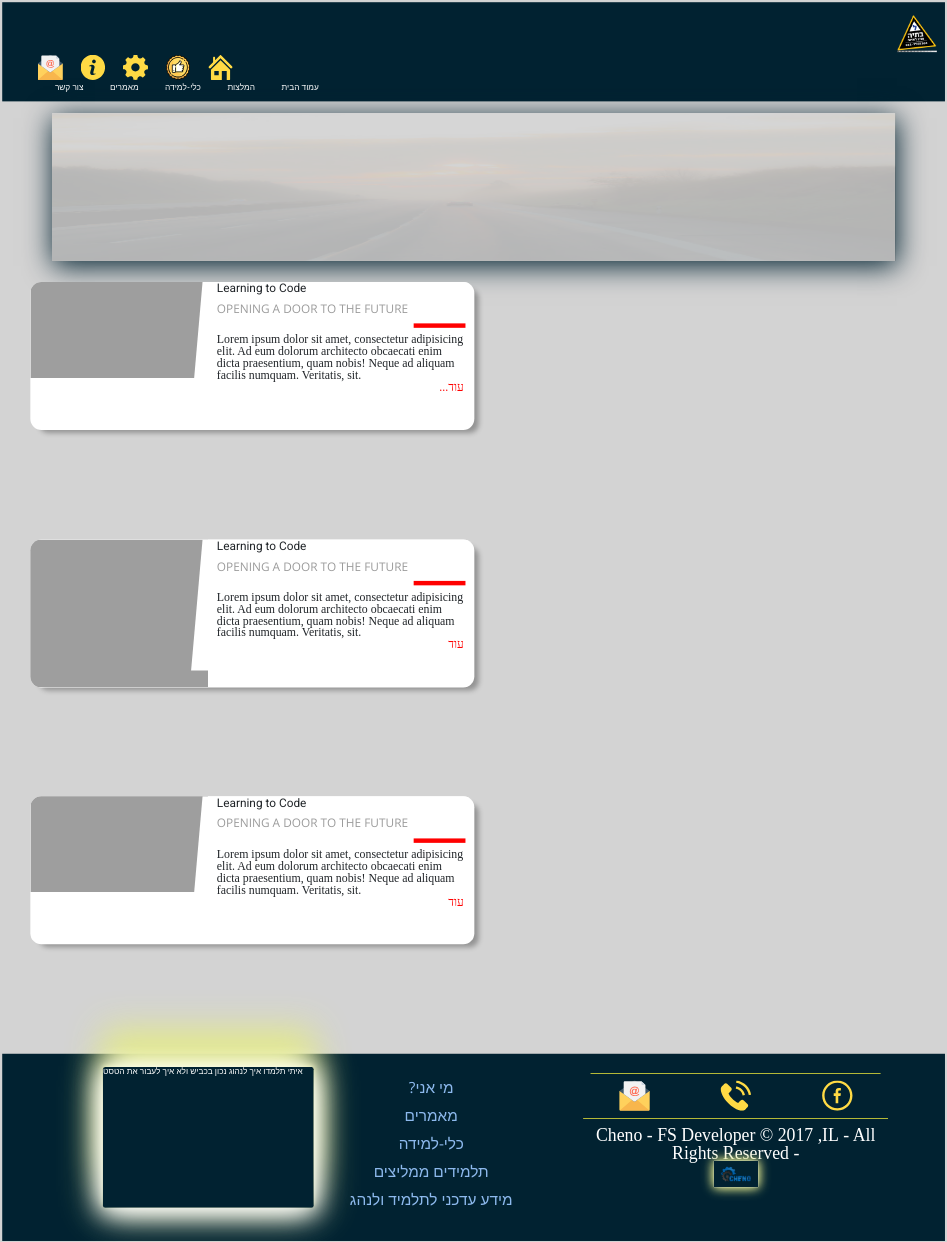
Repository: ChenGinsberg/BatyaLamed-site
Page: index.html
These files come from the project's save history. The page is drawn as it stood at one moment and after the next save; the edit follows.
The browser window is 1280 px wide. The pictures show the whole page, at 74% of full size.
Pictures or frames that could not be fetched are drawn as grey boxes. Some web libraries are served in a nearby version.

Above is the page before, as saved 2017-11-13 23:41:41.

### index.html
<!DOCTYPE html>
<html lang="en">

<head>
    <meta charset="UTF-8">
    <meta name="viewport" content="width=device-width, initial-scale=1.0">
    <meta http-equiv="X-UA-Compatible" content="ie=edge">
    <title>Batya</title>

    <script type="text/javascript" src="http://app.sliderui.com/sliders/zrkchs.js"></script>
    <script src="https://code.jquery.com/jquery-3.2.1.slim.min.js" integrity="sha384-KJ3o2DKtIkvYIK3UENzmM7KCkRr/rE9/Qpg6aAZGJwFDMVNA/GpGFF93hXpG5KkN"
        crossorigin="anonymous"></script>
    <script src="https://cdnjs.cloudflare.com/ajax/libs/popper.js/1.12.3/umd/popper.min.js" integrity="sha384-vFJXuSJphROIrBnz7yo7oB41mKfc8JzQZiCq4NCceLEaO4IHwicKwpJf9c9IpFgh"
        crossorigin="anonymous"></script>
    <script src="https://maxcdn.bootstrapcdn.com/bootstrap/4.0.0-beta.2/js/bootstrap.min.js" integrity="sha384-alpBpkh1PFOepccYVYDB4do5UnbKysX5WZXm3XxPqe5iKTfUKjNkCk9SaVuEZflJ"
        crossorigin="anonymous"></script>
    <link rel="stylesheet" href="https://maxcdn.bootstrapcdn.com/bootstrap/4.0.0-beta.2/css/bootstrap.min.css" integrity="sha384-PsH8R72JQ3SOdhVi3uxftmaW6Vc51MKb0q5P2rRUpPvrszuE4W1povHYgTpBfshb"
        crossorigin="anonymous">
    <link href="https://fonts.googleapis.com/css?family=Varela+Round&amp;subset=hebrew" rel="stylesheet">
    <link rel="stylesheet" type="text/css" href="style/reset.css">
    <link rel="stylesheet" type="text/css" href="style/style.css">
    <link rel="stylesheet" type="text/css" href="style/nav.css">
    <link rel="stylesheet" type="text/css" href="style/slider.css">
    <link rel="stylesheet" type="text/css" href="style/infoBox.css">
    <link rel="stylesheet" type="text/css" href="style/footer.css">
</head>

<body lang="rtl">
    <!-- nav-bar -->
    <nav class="navbar-blue">

        <img src="image/batyaLogo.png" class="logo-nav">
        <img src="/image/email.svg" class="nav-svg-icon">
        <img src="image/icon.svg" class="nav-svg-icon">
        <img src="image/settings-work-tool.svg" class="nav-svg-icon">
        <img src="image/recommended.svg" class="nav-svg-icon">
        <img src="image/house-outline.svg" class="nav-svg-icon">
        <br>
        <span class="nav-iconn">עמוד הבית</span>
        <span class="nav-iconn">המלצות</span>
        <span class="nav-iconn">כלי-למידה</span>
        <span class="nav-iconn">מאמרים</span>
        <span class="nav-iconn">צור קשר</span>
    </nav>
    <!-- slider - somthing borrow the nav to be fixed -->
    <div class="container">
        <img class='photo_slider' src="image/gold-2930497_1920.jpg" alt="" />
        <img class='photo_slider' src="IMG_3496bfree.jpg" alt="" />
        <img class='photo_slider' src="traffic-2906244_1920.jpg" alt="" />
    </div>
    <!-- infoBox -->
    <div class="blog-card">
        <div class="photo photo1"></div>
        <ul class="details">
            <li class="author">
                <a href="#">John Doe</a>
            </li>
            <li class="date">Aug. 24, 2015</li>
            <li class="tags">
                <ul>
                    <li>
                        <a href="#">Learn</a>
                    </li>
                    <li>
                        <a href="#">Code</a>
                    </li>
                    <li>
                        <a href="#">HTML</a>
                    </li>
                    <li>
                        <a href="#">CSS</a>
                    </li>
                </ul>
            </li>
        </ul>
        <div class="description">
            <h1>Learning to Code</h1>
            <h2>Opening a door to the future</h2>
            <p class="summary">Lorem ipsum dolor sit amet, consectetur adipisicing elit. Ad eum dolorum architecto obcaecati enim dicta praesentium,
                quam nobis! Neque ad aliquam facilis numquam. Veritatis, sit.</p>
            <a href="#">...עוד</a>
        </div>
    </div>
    <div class="blog-card">
        <div class="photo photo2"></div>
        <ul class="details">
            <li class="author">
                <a href="#">John Doe</a>
            </li>
            <li class="date">Aug. 24, 2015</li>
            <li class="tags">
                <ul>
                    <li>
                        <a href="#">Learn</a>
                    </li>
                    <li>
                        <a href="#">Code</a>
                    </li>
                    <li>
                        <a href="#">HTML</a>
                    </li>
                    <li>
                        <a href="#">CSS</a>
                    </li>
                </ul>
            </li>
        </ul>
        <div class="description">
            <h1>Learning to Code</h1>
            <h2>Opening a door to the future</h2>
            <p class="summary">Lorem ipsum dolor sit amet, consectetur adipisicing elit. Ad eum dolorum architecto obcaecati enim dicta praesentium,
                quam nobis! Neque ad aliquam facilis numquam. Veritatis, sit.</p>
            <a href="#"> עוד</a>
        </div>
    </div>
    <div class="blog-card">
        <div class="photo photo1"></div>
        <ul class="details">
            <li class="author">
                <a href="#">John Doe</a>
            </li>
            <li class="date">Aug. 24, 2015</li>
            <li class="tags">
                <ul>
                    <li>
                        <a href="#">Learn</a>
                    </li>
                    <li>
                        <a href="#">Code</a>
                    </li>
                    <li>
                        <a href="#">HTML</a>
                    </li>
                    <li>
                        <a href="#">CSS</a>
                    </li>
                </ul>
            </li>
        </ul>
        <div class="description">
            <h1>Learning to Code</h1>
            <h2>Opening a door to the future</h2>
            <p class="summary">Lorem ipsum dolor sit amet, consectetur adipisicing elit. Ad eum dolorum architecto obcaecati enim dicta praesentium,
                quam nobis! Neque ad aliquam facilis numquam. Veritatis, sit.</p>
            <a href="#">עוד</a>
        </div>
    </div>
    <!-- FOOTER -->
    <footer class="flex-rw">
        <p class="footer-quate">איתי תלמדו איך לנהוג נכון בכביש ולא איך לעבור את הטסט</p>

        <ul class="footer-list-top">

            <li>
                <a href='/shop/about-mission' class="generic-anchor footer-list-anchor" itemprop="significantLink">?מי אני</a>
            </li>
            <li>
                <a href='/promos.html' class="generic-anchor footer-list-anchor" itemprop="significantLink">מאמרים</a>
            </li>
            <li>
                <a href='/retailers/new-retailers.html' class="generic-anchor footer-list-anchor" itemprop="significantLink">כלי-למידה</a>
            </li>

            <li>
                <a href='/job-openings.html' itemprop="significantLink" class="generic-anchor footer-list-anchor">תלמידים ממליצים</a>
            </li>

            <li>
                <a href='/shop/about-show-schedule' class="generic-anchor footer-list-anchor" itemprop="significantLink">מידע עדכני לתלמיד ולנהג</a>
            </li>
        </ul>
        <ul class="footer-list-top">
            <li>
                <section class="footer-social-section flex-rw">
                    <img src="/image/email.svg" class="footer-svg">
                    <img src="/image/telephone.svg" class="footer-svg">
                    <img src="/image/social-facebook-circular-button.svg" class="footer-svg">

                </section>
                <section class="footer-bottom-section flex-rw">
                    <div class="footer-bottom-wrapper">
                        <i class="fa fa-copyright" role="copyright">

                        </i> Cheno - FS Developer © 2017
                        <address class="footer-address" role="company address"> ,IL</address>
                        <span class="footer-bottom-rights"> - All Rights Reserved - </span>
                    </div>
                    <div class="footer-bottom-wrapper">

                        <img src="/image/Chenologo.png" class="chen-icon">

                    </div>
                </section>
    </footer>


</body>

</html>

### style/reset.css
html,
body,
div,
span,
applet,
object,
iframe,
h1,
h2,
h3,
h4,
h5,
h6,
p,
blockquote,
pre,
a,
abbr,
acronym,
address,
big,
cite,
code,
del,
dfn,
em,
img,
ins,
kbd,
q,
s,
samp,
small,
strike,
strong,
sub,
sup,
tt,
var,
b,
u,
i,
center,
dl,
dt,
dd,
ol,
ul,
li,
fieldset,
form,
label,
legend,
table,
caption,
tbody,
tfoot,
thead,
tr,
th,
td,
article,
aside,
canvas,
details,
embed,
figure,
figcaption,
footer,
header,
hgroup,
menu,
nav,
output,
ruby,
section,
summary,
time,
mark,
audio,
video {
    margin: 0;
    padding: 0;
    border: 0;
    font-size: 100%;
    font: inherit;
    vertical-align: baseline;
}


/* HTML5 display-role reset for older browsers */

article,
aside,
details,
figcaption,
figure,
footer,
header,
hgroup,
menu,
nav,
section {
    display: block;
}

body {
    line-height: 1;
}

ol,
ul {
    list-style: none;
    padding: 0;
    margin: 0;
}

blockquote,
q {
    quotes: none;
}

blockquote:before,
blockquote:after,
q:before,
q:after {
    content: '';
    content: none;
}

table {
    border-collapse: collapse;
    border-spacing: 0;
}

### style/style.css
body {
    background-color: lightgray;
    margin: 2.8px;
}

### style/nav.css
/* NAV */

.navbar-blue {
    background-color: #012231;
    min-height: 80px;
}

.logo-nav {
    height: 52px;
    position: absolute;
    right: 13px;
    top: 20px;
}

.nav-svg-icon {
    height: 33.6px;
    position: relative;
    left: 3%;
    margin: 5.6% 10px 10px 10px;
}

.nav-iconn {
    margin-right: 1%;
    font-family: 'Varela Round', sans-serif;
    color: white;
    position: relative;
    left: 5.6%;
    font-size: 0.70em;
    border-radius: 3px;
    transition: all 0.3s ease;
    padding-right: 1.5%;
    top: -13px;
    /* */
}

.nav-iconn:hover {
    background: red;
}

### style/slider.css
.container {
    margin: 16px auto;
    width: 93%;
    height: 200px;
    overflow: hidden;
    position: relative;
    box-shadow: 2px 7px 36px 0px #012231;
}

.photo_slider {
    position: absolute;
    animation: round 3s infinite;
    opacity: 0;
    width: 100%;
    left: 0%;
    height: 100%;
}

@keyframes round {
    25% {
        opacity: 1;
    }
    40% {
        opacity: 0;
    }
}

img:nth-child(1) {
    animation-delay: 12s;
}

img:nth-child(2) {
    animation-delay: 8s;
}

img:nth-child(3) {
    animation-delay: 4s;
}

img:nth-child(4) {
    animation-delay: 0s;
}

### style/infoBox.css
@import url(https://fonts.googleapis.com/css?family=Open+Sans:400,700|Roboto:400,700);
.blog-card {
    transition: height 0.3s ease;
    -webkit-transition: height 0.3s ease;
    border-radius: 15px;
    box-shadow: 9px 7px 7px -3px rgba(0, 0, 0, 0.3);
    margin: 28px auto 11.6%;
    overflow: hidden;
    position: relative;
    font-size: 1em;
    -webkit-font-smoothing: antialiased;
    background-color: white;
    margin-left: 3%;
    margin-right: 3%;
}

.blog-card:hover .details {
    left: 0;
}

.blog-card:hover.alt .details {
    right: 0;
}

.blog-card.alt .details {
    right: -100%;
    left: inherit;
}

.blog-card .photo {
    height: 200px;
    position: relative;
}

.blog-card .photo.photo1 {
    height: 130px;
    background: url("/image/traffic-sign-6602_1280.png") center no-repeat;
    background-size: cover;
}

.blog-card .photo.photo2 {
    background: url("http://i60.tinypic.com/xeiv79.jpg") center no-repeat;
    background-size: cover;
}

.blog-card .details {
    transition: all 0.3s ease;
    -webkit-transition: all 0.3s ease;
    background: rgba(0, 0, 0, 0.6);
    box-sizing: border-box;
    color: #fff;
    font-family: "Open Sans";
    list-style: none;
    margin: 0;
    padding: 10px 15px;
    height: 200px;
    /*POSITION*/
    position: absolute;
    top: 0;
    left: -100%;
}

.blog-card .details>li {
    padding: 3px 0;
}

.blog-card .details li:before,
.blog-card .details .tags ul:before {
    font-family: FontAwesome;
    margin-right: 10px;
    vertical-align: middle;
}

.blog-card .details .author:before {
    content: "\f007";
}

.blog-card .details .date:before {
    content: "\f133";
}

.blog-card .details .tags ul {
    list-style: none;
    margin: 0;
    padding: 0;
}

.blog-card .details .tags ul:before {
    content: "\f02b";
}

.blog-card .details .tags li {
    display: inline-block;
    margin-right: 3px;
}

.blog-card .details a {
    color: inherit;
    border-bottom: 1px dotted;
}

.blog-card .details a:hover {
    color: #75D13B;
}

.blog-card .description {
    padding: 1px 12px 15px;
    box-sizing: border-box;
    position: relative;
}

.blog-card .description h1 {
    font-family: "Roboto";
    line-height: 1em;
    margin: 0 0 10px 0;
}

.blog-card .description h2 {
    color: #9b9b9b;
    font-family: "Open Sans";
    line-height: 1.2em;
    text-transform: uppercase;
    font-size: 1em;
    font-weight: 400;
    margin: 1.2% 0;
}

.blog-card .description p {
    position: relative;
    margin: 0;
    padding-top: 20px;
}

.blog-card .description p:after {
    content: "";
    background: red;
    height: 6px;
    width: 70px;
    position: absolute;
    top: 6px;
    right: 0;
}

.blog-card .description a {
    color: red;
    margin-bottom: 10px;
    float: right;
}

.blog-card .description a:after {
    transition: all 0.3s ease;
    -webkit-transition: all 0.3s ease;
    content: "\f061";
    font-family: FontAwesome;
    margin-left: -10px;
    opacity: 0;
    vertical-align: middle;
}

.blog-card .description a:hover:after {
    margin-left: 5px;
    opacity: 1;
}

@media screen and (min-width: 600px) {
    .blog-card {
        height: 200px;
        max-width: 600px;
    }
    .blog-card:hover .photo {
        -webkit-transform: rotate(5deg) scale(1.3);
        transform: rotate(5deg) scale(1.3);
    }
    .blog-card:hover.alt .photo {
        -webkit-transform: rotate(-5deg) scale(1.3);
        transform: rotate(-5deg) scale(1.3);
    }
    .blog-card.alt .details {
        padding-left: 30px;
    }
    .blog-card.alt .description {
        float: right;
    }
    .blog-card.alt .description:before {
        -webkit-transform: skewX(5deg);
        transform: skewX(5deg);
        right: -15px;
        left: inherit;
    }
    .blog-card.alt .photo {
        float: right;
    }
    .blog-card .photo {
        transition: all 0.5s ease;
        -webkit-transition: all 0.5s ease;
        float: left;
        height: 100%;
        width: 40%;
    }
    .blog-card .details {
        width: 40%;
    }
    .blog-card .description {
        float: left;
        width: 60%;
        z-index: 0;
    }
    .blog-card .description:before {
        -webkit-transform: skewX(-5deg);
        transform: skewX(-5deg);
        content: "";
        background: #fff;
        width: 100%;
        z-index: -1;
        /*POSITION*/
        position: absolute;
        left: -15px;
        top: 0;
        bottom: 0;
    }
}

### style/footer.css
.footer-svg {
    height: 41px;
    width: 57px;
}

.chen-icon {
    width: 15%;
    position: relative;
    bottom: 4%;
    left: 0%;
    box-shadow: 0 0 1px #fff, 0 0 1px #fff, 0 0 0px #e3e98e, 0 0 17px #e3e98e, 0 0 13px #e3e98e;
}

.footer-quate {
    margin-right: 1%;
    font-family: 'Varela Round', sans-serif;
    color: white;
    position: relative;
    left: 4.8%;
    font-size: 0.70em;
    border-radius: 3px;
    transition: all 0.3s ease;
    padding-right: 1.2%;
    top: -13px;
    box-shadow: 0 8.2px 42px #fff, 0 0 31px #fff, 0 -1.8px 6.7px #e3e98e, 0 -51.8px 47px #e3e98e, 0 -1.3px 58px #e3e98e;
}

.generic-anchor {
    color: #8DB9ED;
}

.generic-anchor:visited {
    color: #909090;
}

.generic-anchor:hover {
    color: #ccc;
}

.flex-rw {
    display: -webkit-box;
    display: -ms-flexbox;
    display: flex;
    -ms-flex-flow: row wrap;
    flex-flow: row wrap;
    justify-content: center;
}

footer {
    background: #012231;
    margin-top: auto;
    width: 100%;
    padding: 31.2px 20px;
}

.footer-list-top {
    width: 33.333%;
}

.footer-list-top>li {
    text-align: center;
    padding-bottom: 10px;
    list-style: none;
}

.footer-list-header {
    padding: 10px 0 5px 0;
    color: #fff;
    font: 2.3vw "Oswald", sans-serif;
}

.footer-list-anchor {
    font: 1.3em "Open Sans", sans-serif;
}

.footer-social-section {
    width: 100%;
    -webkit-box-align: center;
    -ms-flex-align: center;
    align-items: center;
    -ms-flex-pack: distribute;
    justify-content: space-around;
    position: relative;
    margin-top: 5px;
}

.footer-social-section::after {
    content: "";
    position: absolute;
    z-index: 1;
    top: -25%;
    left: 10px;
    border-top: 1px solid #F4EE3A;
    width: calc(100% - 20px);
}

.footer-social-connect {
    display: -webkit-box;
    display: -ms-flexbox;
    display: flex;
    -webkit-box-align: center;
    -ms-flex-align: center;
    align-items: center;
    font: 3.5em "Oswald", sans-serif;
    color: #fff;
}

.footer-social-small {
    font-size: 0.6em;
    padding: 0px 20px;
}

.footer-social-overlap>a {
    font-size: 3em;
}

.footer-social-overlap>a:not(:first-child) {
    margin-left: 0.38em;
}

.footer-bottom-section {
    width: 100%;
    padding: 10px;
    border-top: 1px solid #F4EE3A;
    margin-top: 10px;
}

.footer-bottom-section>div:first-child {
    margin-right: auto;
}

.footer-bottom-wrapper {
    font-size: 1.5em;
    color: #fff;
}

.footer-address {
    display: inline;
    font-style: normal;
}

@media only screen and (max-width: 768px) {
    .footer-list-header {
        font-size: 2em;
    }
    .footer-list-anchor {
        font-size: 1.1em;
    }
    .footer-social-connect {
        font-size: 2.5em;
    }
    .footer-social-overlap>a {
        font-size: 2.24em;
    }
    .footer-bottom-wrapper {
        font-size: 1.3em;
    }
}

@media only screen and (max-width: 568px) {
    main {
        font-size: 5em;
    }
    .footer-list-top {
        width: 86%;
    }
    .footer-list-header {
        font-size: 3em;
    }
    .footer-list-anchor {
        font-size: 1.5em;
    }
    .footer-social-section {
        -webkit-box-pack: center;
        -ms-flex-pack: center;
        justify-content: center;
    }
    .footer-social-connect {
        margin-bottom: 10px;
        padding: 0 10px;
    }
    .footer-social-overlap {
        display: -webkit-box;
        display: -ms-flexbox;
        display: flex;
        -webkit-box-pack: center;
        -ms-flex-pack: center;
        justify-content: center;
    }
    .footer-social-icons-wrapper {
        width: 100%;
        padding: 0;
    }
    .footer-social-overlap>a:not(:first-child) {
        margin-left: 20px;
    }
    .footer-bottom-section {
        padding: 0 5px 0 5px;
    }
    .footer-bottom-wrapper {
        text-align: center;
        width: 100%;
        margin-top: 10px;
    }
}

@media only screen and (max-width: 480px) {
    .footer-social-overlap>a {
        margin: auto;
    }
    .footer-social-overlap>a:not(:first-child) {
        margin-left: 0;
    }
    .footer-bottom-rights {
        display: block;
    }
}

@media only screen and (max-width: 320px) {
    .footer-list-header {
        font-size: 2.2em;
    }
    .footer-list-anchor {
        font-size: 1.2em;
    }
    .footer-social-connect {
        font-size: 2.4em;
    }
    .footer-social-overlap>a {
        font-size: 2.24em;
    }
    .footer-bottom-wrapper {
        font-size: 0.8em;
        ;
    }
}

After the next save:
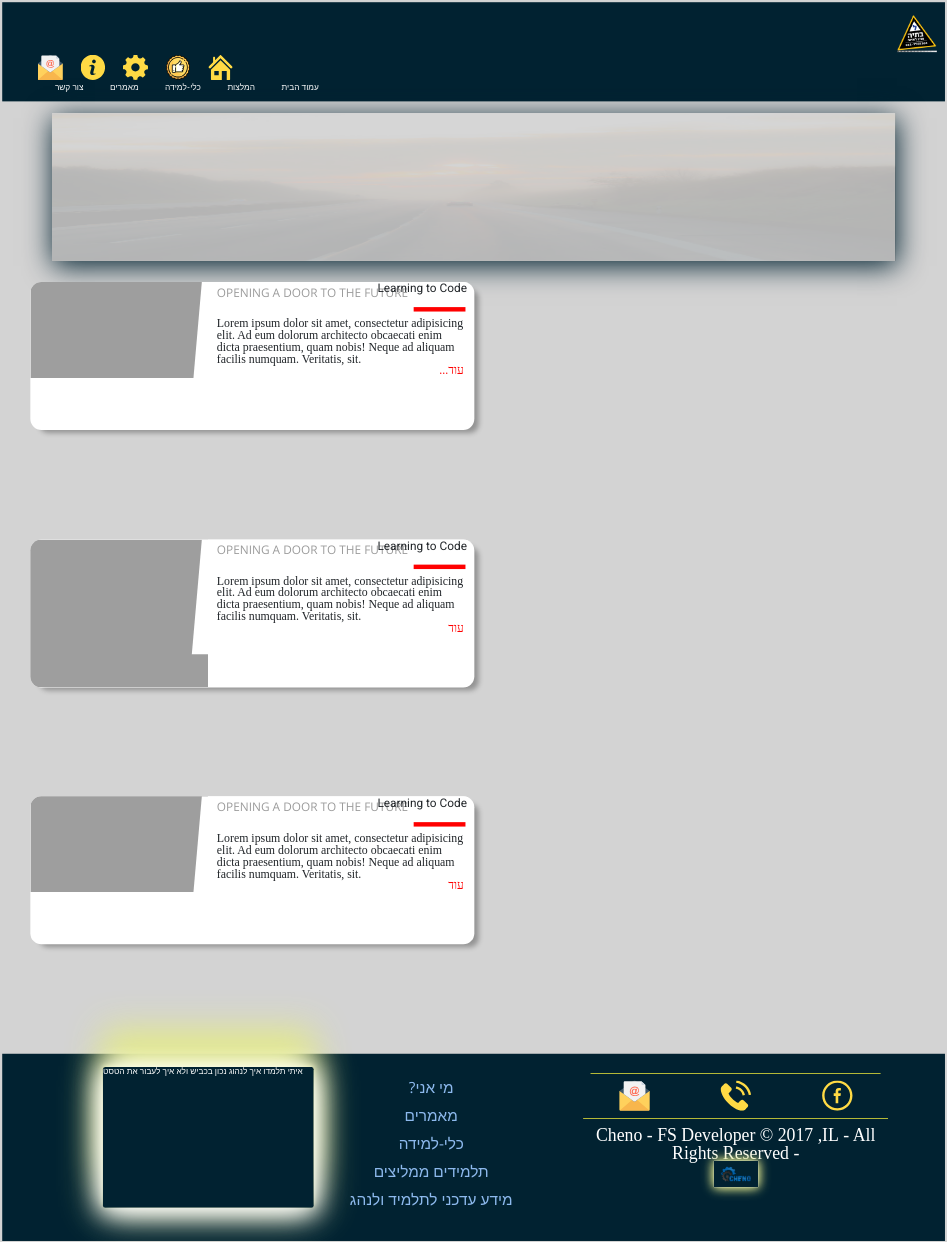
Saved 5 min 44 s later.
--- a/style/infoBox.css
+++ b/style/infoBox.css
@@ -110,9 +110,11 @@
 }
 
 .blog-card .description h1 {
+    direction: rtl;
     font-family: "Roboto";
     line-height: 1em;
-    margin: 0 0 10px 0;
+    position: absolute;
+    right: 10px;
 }
 
 .blog-card .description h2 {
